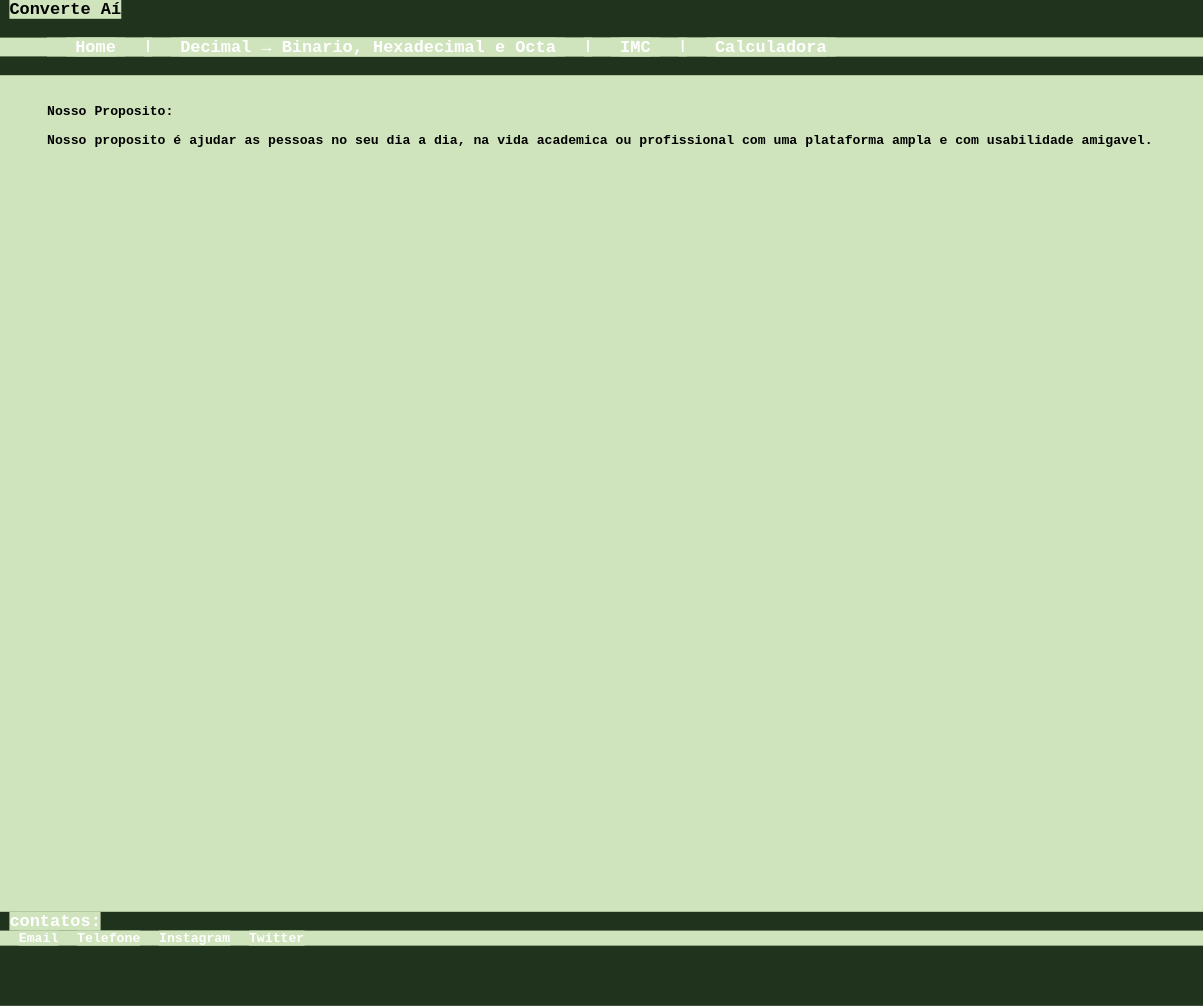
Repository: Frav1u/converteai
Page: ConverteAi/src/main/webapp/home.html
The author's editor kept a copy of each file at every save. The page is drawn from the files as they stood at one save, then again after the next save.
The browser window is 1280 px wide. The pictures show the whole page, at 94% of full size.
Some web fonts or font styles are not loaded; a fallback is used.

Above is the page before, as saved 2023-09-30 23:45:42.

### ConverteAi/src/main/webapp/home.html
<!DOCTYPE html>
<html>
<head>
<meta charset="UTF-8">
<title>Converte aí</title>
<link href="https://fonts.googleapis.com/css2?family=Inter:wght@400;700&family=Space+Mono:wght@400;700&display=swap"
        rel="stylesheet">
    <link rel="stylesheet" href="style.css">
</head>
<body>
	<header>
		<a>Converte Aí</a>
		<nav>
			<ul class="menu">
				<li><a href="home.html">Home</a></li>
				<li>  |  </li>
				<li><a href="decimalParaBinario.html">Decimal → Binario, Hexadecimal e Octa</a></li>
				<li>  |  </li>
				<li><a href="imc.html">IMC</a></li>
				<li>  |  </li>
				<li><a href="calculadora.html">Calculadora</a></li>
			</ul>
		</nav>
	</header>
	<main>


		<h1 class="tituloProposito">Nosso Proposito: </h1>
		<p class="proposito">Nosso proposito é ajudar as pessoas no seu dia a dia, na vida academica ou profissional com uma plataforma ampla e com usabilidade amigavel.</p>

	</main>


	<footer>
		<a>contatos: </a>
		<ul class="contatos">
			<li>Email</li>
			<li>Telefone</li>
			<li>Instagram</li>
			<li>Twitter</li>
		</ul>

	</footer>
</body>

</html>

### ConverteAi/src/main/webapp/style.css

* {
    margin: 0;
    padding: 0;
    box-sizing: border-box;
    list-style: none;
    font-family: 'Apotek Bold', monospace;
    font-weight: 600;
    font-size: 14px;
    outline: none;
    background-color: #CFE4BC;
}



main{
	height: 860px;
	background-color: #CFE4BC;
}

a{font-size: 18px;
	margin: 10px;


}

.menu{
	color: white;
	display: flex;
	margin-top: 20px;
	margin-left: 50px;

}

.tituloProposito{
	margin-top: 30px;
	margin-left: 50px;

}


.proposito{
	margin-top: 15px;
	margin-left: 50px;

}

li{
	font-size: 14px;
	margin-left: 20px;

}

header{
	background-color: #20331C;
	color: white;
	height: 80px;
	text-decoration: none;
    color: inherit;

}

.contatos{
	display: flex;
}

footer{
	background-color: #20331C;
	color: white;
	height: 100px;

}

conversorBase{
	    display: flex;
    justify-content: center;
}

 a, a:hover, a:focus, a:active {
      text-decoration: none;
      color: inherit;
 }

After the next save:
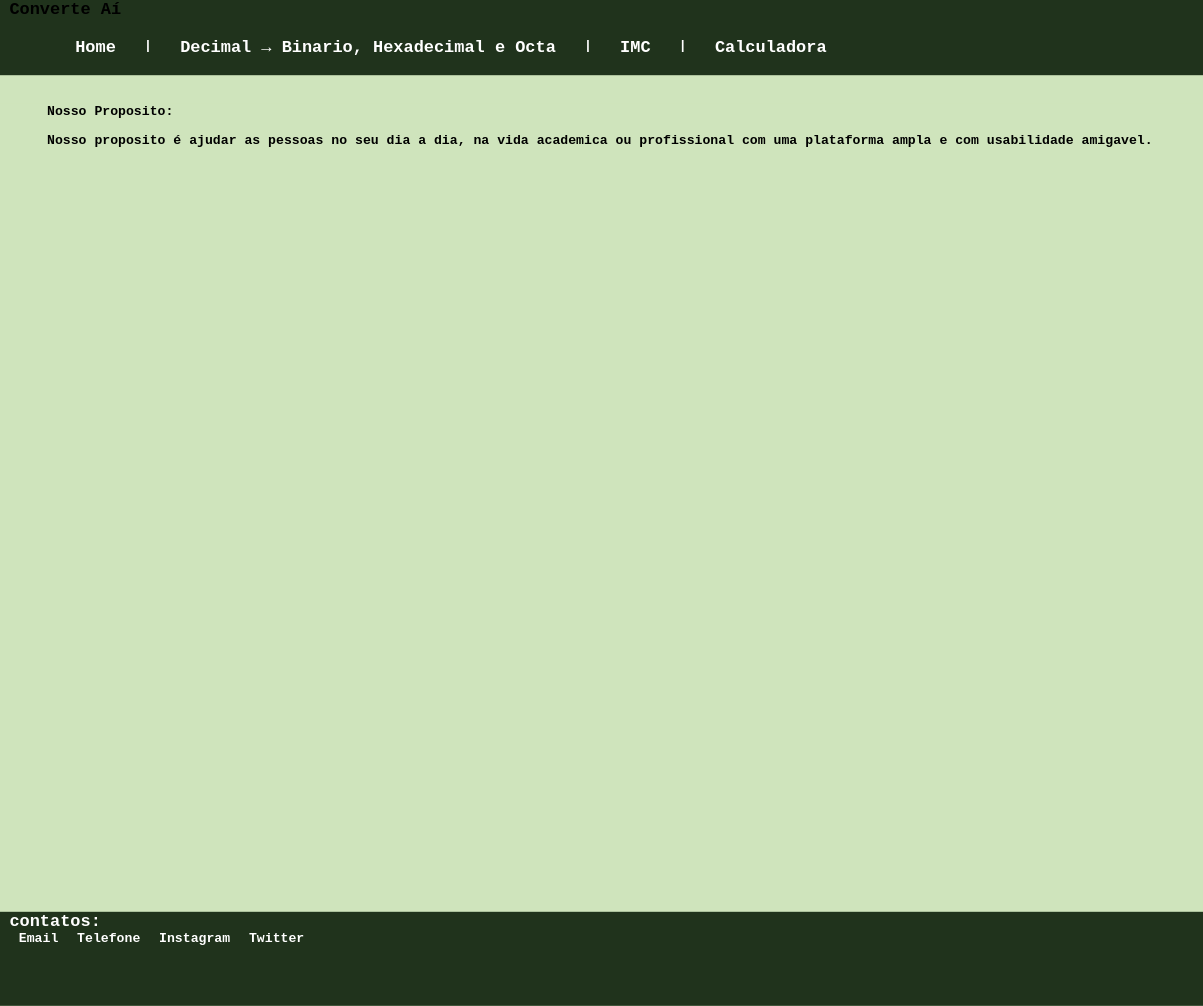
Saved 54 s later.
--- a/ConverteAi/src/main/webapp/style.css
+++ b/ConverteAi/src/main/webapp/style.css
@@ -8,9 +8,11 @@
     font-weight: 600;
     font-size: 14px;
     outline: none;
-    background-color: #CFE4BC;
 }
 
+body{
+	background-color: #CFE4BC;
+}
 
 
 main{
